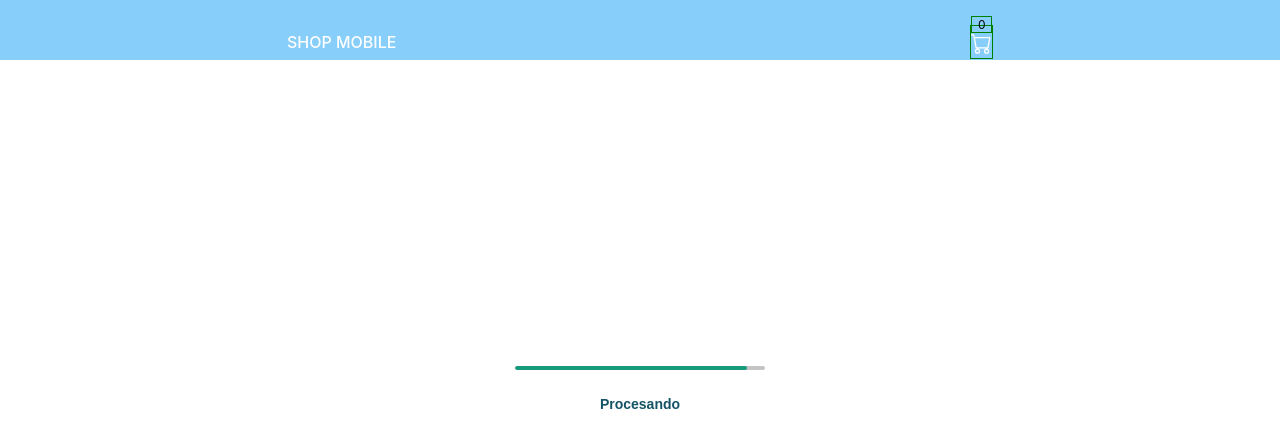
Repository: banchiec/atInditex
Page: /
The author's editor kept a copy of each file at every save. The page is drawn from the files as they stood at one save, then again after the next save.
The browser window is 1280 px wide. The pictures show the whole page.
The page's requests for data from a server got no answer. The project was rebuilt for these pictures with package versions that can differ from the ones it lists, and the page was loaded fresh each time. No one was signed in, and anything a server would have sent is missing. Also part of the build but not shown: src/components/Cards/CardProductItem/cardProductItemStyled.js, src/components/Cards/CardProductItem/CardProductItem.js, src/services/cart.services.js, src/utils/products/cart.utils.js, src/screen/DetailsProductScreen/components/ButtonOptions/buttonOptionsStyled.js, src/screen/DetailsProductScreen/components/ButtonOptions/ButtonOptions.js, src/screen/DetailsProductScreen/styles/detailsProductScreenStyled.js, src/screen/DetailsProductScreen/DetailsProductScreen.js.

Above is the page before, as saved 2022-09-08 10:55:11.

### src/App.js
import {BrowserRouter as Router, Routes, Route } from 'react-router-dom'
import * as path from './utils/paths'
import Header from './components/Header/Header';
import ProductsScreen from './screen/ProductsScreen/ProductsScreen';
import DetailsProductScreen from './screen/DetailsProductScreen/DetailsProductScreen';
import { useEffect, useState } from 'react';

let counter = 0

function App() {
  const [counterCart, setCounterCart] = useState(0)

  useEffect(() => {
    handleCounterCart()
  }, [])

  const handleCounterCart = (valor) => {
    console.log(valor);
    if(valor === null){
      setCounterCart(counter)
    }
    setTimeout(() => {
      setCounterCart(valor)
    }, 1000)
    if(valor){
      counter++
    }
  }

  console.log(counterCart);

  return (
    <Router>
      <Header counterCart={counterCart} />
      <Routes>
        <Route path={path.PRODUCTPAGE} element={<ProductsScreen/>} />
        <Route path={path.DETAILSPAGE} element={<DetailsProductScreen handleCounterCart={handleCounterCart} />}  />
      </Routes>
    </Router>
  );
}

export default App;

### src/utils/paths.js
export const PRODUCTPAGE= '/'
export const DETAILSPAGE= '/product/details/:id'

### src/components/Header/Header.js
import { Link } from "react-router-dom"
import {BsCart} from 'react-icons/bs'
import * as path from '../../utils/paths'
import { ContainerHeader } from "./headerStyled"
import { useEffect, useState } from "react"

const Header = ({counterCart}) => {
  const [cartItems,setCartItems] = useState()

  useEffect(() => {
    if(counterCart === null){
      setCartItems(0)
    }
    setCartItems(counterCart?.countItems)
  }, [])

  console.log(counterCart);

  return(
    <ContainerHeader>
      <Link to={path.PRODUCTPAGE}>
        SHOP MOBILE
      </Link>
      <div>
        <p>
        { counterCart != null ? counterCart?.countItems: 0}
        </p>
        <BsCart/>
      </div>
    </ContainerHeader>
  )
}
export default Header

### src/screen/ProductsScreen/ProductsScreen.js
import { useEffect, useState } from "react"
import CardProductItem from "../../components/Cards/CardProductItem/CardProductItem"
import Loader from "../../components/Loaders/Loader"
import { getProducts } from "../../utils/products/products.utils"
import { getWithExpiry } from "../../utils/localStorage"
import { ContainerProducts, Filter, Search } from "./styles/productScreenStyled"

const ProductsScreen = () => {
  const [products, setProducts] = useState(null)
  const [productsSearch, setProductsSearch] = useState([])
  const [value, setValue] = useState('')
  const [alert, setAlert] = useState(null)
  const [cartItem, setCartItems] = useState(0)

  useEffect(() => {
    getProducts()
  },[])
  useEffect(()=> {
    setTimeout(() => {
      setProducts(getWithExpiry('products'));
      setProductsSearch(getWithExpiry('products'))
    }, 2000);
  },[])
  useEffect(() => {
    setTimeout(() => {
      if(getWithExpiry('products') === null){
        setAlert(
          <div>
            <h1>Es necesario volver a solicitar la información</h1>
          </div>
        )
        setProducts([])
      }
    }, 3600000)
  },[])

  const handleGetProduct = (e) => {
    setValue(e.target.value)
    filter(e.target.value)
  }
  const filter = (searchText) => {
    let resutlsSearch = productsSearch.filter((product) => {
      if(product.brand.toString().toLowerCase().includes(searchText.toLowerCase())
        || product.model.toString().toLowerCase().includes(searchText.toLowerCase())){
        return product
      }
    })
    setProducts(resutlsSearch)
  }
  return (
    <div>
      <Filter>
        <h4>LIST ITEM</h4>
        <Search
          type='text'
          placeholder="SEARCH"
          value={value}
          onChange={(e) => handleGetProduct(e)}
        />
      </Filter>
      <ContainerProducts>
        { !products ? (
          <Loader/>
        ):(
          products?.map((item) => {
            return (
              <CardProductItem
                key={item.id}
                id = {item.id}
                imgUrl={item.imgUrl}
                brand={item.brand}
                model={item.model}
                price={item.price}
              />
            )
        })) }
        {alert}
      </ContainerProducts>
    </div>
  )
}

export default ProductsScreen

### src/components/Header/headerStyled.js
import styled from "styled-components";

export const ContainerHeader = styled.header`


  @media (min-width:768px){
    display: flex;
    justify-content: space-around;
    align-items: center;
    background: #87CEFA;
    padding: 25px 0;
    border: 1px solid greee;
    a {
      text-decoration: none;
      color: #ffff;
      font-weight: 500;
    }
    svg {
      font-size: 1.3rem;
      color: #ffff;
    }
    div{
      border: 1px solid green;
      padding: 0;
      margin:0;
      p {
        position: relative;
        border: 1px solid green;
        margin:0 ;
        text-align: center;
        font-size: 12px;
        margin-top: -10px;
        z-index: 2;
      }
    }
  }
`

### src/components/Loaders/Loader.js
import './styles/loader.css'

const Loader = () => {
	return(
		<div className="progress_bar animate-loader">
			<div className="progress_bar__content">
				<div className="progress_bar__wrapper">
					<div className="progress_bar__viewer">
						<div className="progress_bar__shimmer"></div>
					</div>
				</div>
				<div className="progress_bar__state" data-start="Solicitando datos" data-middle="Procesando" data-end="Casi esta!"></div>
			</div>
		</div>
	)
}
export default Loader

### src/utils/products/products.utils.js
import ProductsService from "../../services/product.services"
import { setWithExpiry } from "../localStorage"
const productService = new ProductsService()

export const getProducts = () => {
	productService.getProducts()
		.then((data)=> {
			setWithExpiry('products', JSON.stringify(data.data), 360000)
		})
		.catch((error) => console.log(error))
}
export const getDetailsProduct = (id) => {
	productService.getOneProduct(id)
	.then((data) => {
		setWithExpiry(`detailsProduct${data.data.id}`, JSON.stringify(data.data), 360000)
	})
	.catch((error) => console.log(error))
}

### src/utils/localStorage.js
export const setWithExpiry = (key, value, ttl) =>  {
	const now = new Date()
	const item = {
		value: value,
		expiry: now.getTime() + ttl,
	}
	localStorage.setItem(key, JSON.stringify(item))
}

export const getWithExpiry = (key) =>  {
	const itemStr =  localStorage.getItem(key)
	if (!itemStr) {
		return null
	}
	const item = JSON.parse(itemStr)
	const now = new Date()
	if (now.getTime() > item.expiry) {
		localStorage.removeItem(key)
		return null
	}
	return  JSON.parse( item.value)
}

### src/screen/ProductsScreen/styles/productScreenStyled.js
import styled from "styled-components";
export const ContainerProducts =  styled.div`
  display: flex;
  flex-direction: row;
  justify-content: center;
  flex-wrap: wrap;
	@media (min-width:768px){
  }
`
export const Filter = styled.div`
  display: flex;
  flex-direction: row;
  justify-content: space-between;
  padding:  15px 0;
  margin: 0 6em;
`
export const Search = styled.input`
	@media (min-width:768px){
		padding: 0 20px;
    text-align: end;
    border: none;
    background: whitesmoke;
    border-radius:  5px;/* border: 1px solid green; */
  }
`

### src/components/Loaders/styles/loader.css
.progress_bar {
  font-family: Arial;
  position: fixed;
  left: 0;
  bottom: 0;
  display: flex;
  width: 100%;
  align-items: center;
  justify-content: center;
  background: white;
  top: 60px;
  z-index: 999;
  height: calc(100vh - 60px);
}
.progress_bar__wrapper {
  overflow: hidden;
  border-radius: 15px;
  width: 250px;
  background-color: #c4c4c4;
  overflow: hidden;
}
.progress_bar__viewer {
  background: #17997B;
  border-radius: 4px;
  height: 4px;
  transform: scaleX(0);
  transform-origin: 0 0;
}
.progress_bar.animate-loader .progress_bar__viewer {
  animation: FillAnimation 6s cubic-bezier(0.01, 1.06, 0.71, 1) forwards infinite;
}
.progress_bar.animate-loader .progress_bar__state::before {
  content: '';
  animation: TextChange 6s infinite;
}
.progress_bar__content {
  display: flex;
  flex-direction: column;
}
.progress_bar__state {
  margin-top: 24px;
  text-align: center;
  font-size: 14px;
  line-height: 1.5;
  font-weight: bold;
  color: #155366;
}
@keyframes FillAnimation {
  0% {
    transform: scaleX(0.028);
  }
  10% {
    transform: scaleX(0.028);
  }
  20% {
    transform: scaleX(0.028);
  }
  25% {
    transform: scaleX(0.24);
  }
  35% {
    transform: scaleX(0.24);
  }
  45% {
    transform: scaleX(0.24);
  }
  50% {
    transform: scaleX(0.624);
  }
  60% {
    transform: scaleX(0.624);
  }
  70% {
    transform: scaleX(0.624);
  }
  75% {
    transform: scaleX(0.928);
  }
  85% {
    transform: scaleX(0.928);
  }
  95% {
    transform: scaleX(0.928);
  }
  100% {
    transform: scaleX(1);
  }
}
@keyframes TextChange {
  0% {
    content: attr(data-start);
  }
  24% {
    content: attr(data-start);
  }
  25% {
    content: attr(data-middle);
  }
  99% {
    content: attr(data-middle);
  }
  100% {
    content: attr(data-end);
  }
}

### src/services/product.services.js
import axios from 'axios'

class ProductsService {
	constructor() {
		this.instance = axios.create({
			baseURL: `https://front-test-api.herokuapp.com/api/product`,
			withCredentials: false
		})
	}
	deleteProduct = (id) => this.instance.delete(`/${id}`)
	getProducts = () => this.instance.get("/")
	getOneProduct = (id) => this.instance.get(`/${id}`)
	createProduct = (form) => this.instance.post("/new", form)
}
export default ProductsService;

Loaded but not shown: public/index.html (common file); src/index.js (common file); src/index.css (common file); src/reportWebVitals.js (common file)

After the next save:
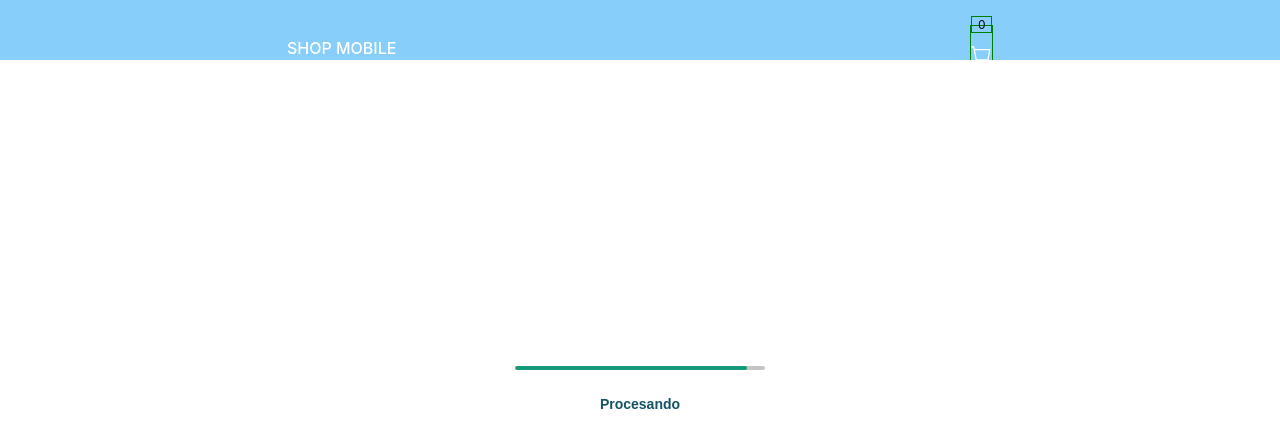
Saved 17 s later.
--- a/src/components/Header/headerStyled.js
+++ b/src/components/Header/headerStyled.js
@@ -26,7 +26,6 @@
       p {
         position: relative;
         border: 1px solid green;
-        margin:0 ;
         text-align: center;
         font-size: 12px;
         margin-top: -10px;

After the save that followed:
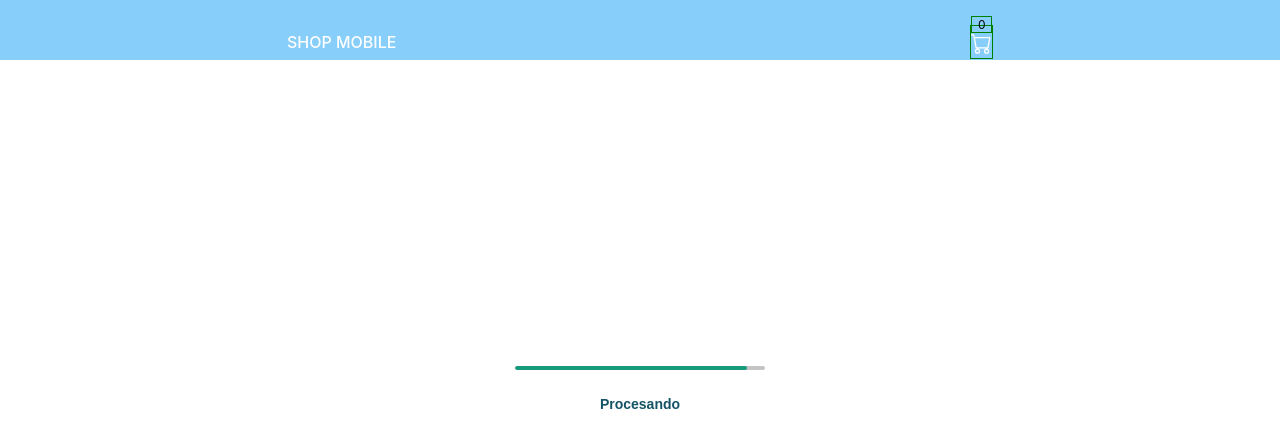
Saved 4 s later.
--- a/src/components/Header/headerStyled.js
+++ b/src/components/Header/headerStyled.js
@@ -26,6 +26,7 @@
       p {
         position: relative;
         border: 1px solid green;
+        margin:0 ;
         text-align: center;
         font-size: 12px;
         margin-top: -10px;
